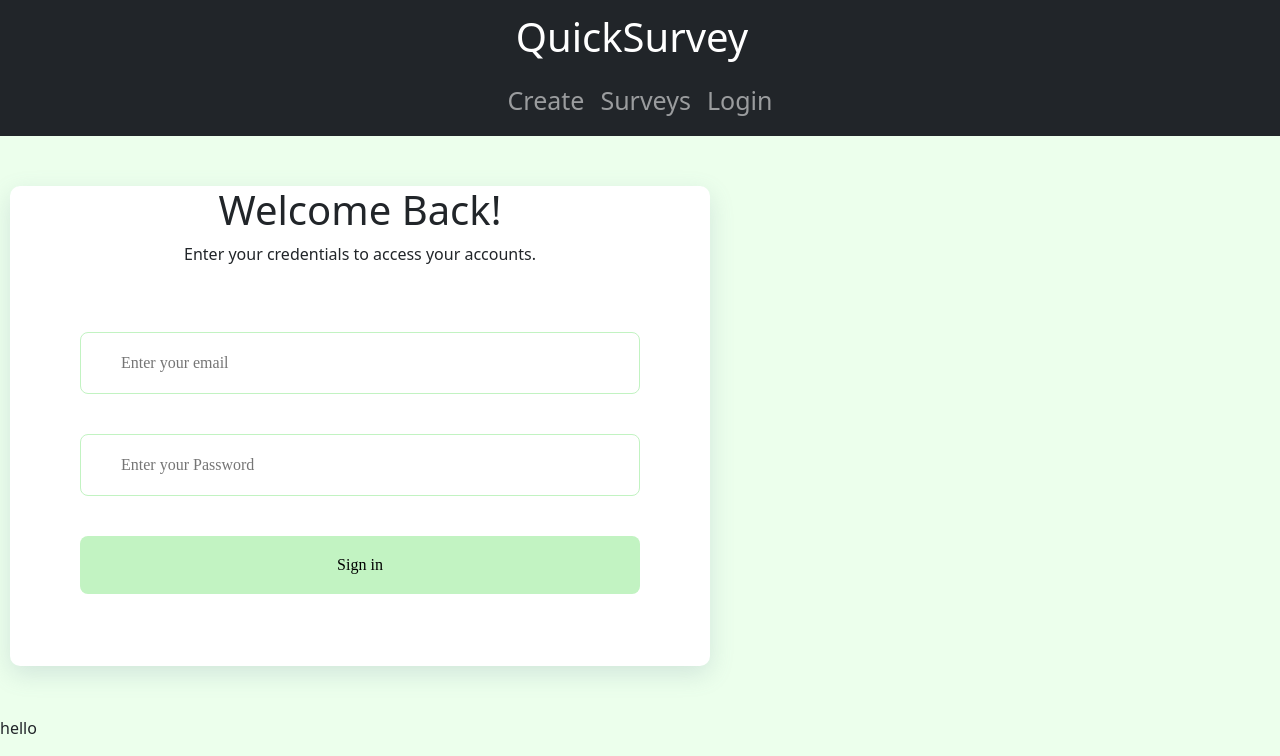
Repository: cakuang1/QuickSurveyReact
Page: /login
An editor plug-in stored every save of this project. The page is shown before and after the next save, followed by the edit.
The browser window is 1280 px wide. The pictures show the whole page.
The project was rebuilt for these pictures with package versions that can differ from the ones it lists, and the page was loaded fresh each time. Also part of the build but not shown: src/index.css, src/pages/home/home.js, src/pages/create/create.js, src/pages/pastsurveys/pastsurveys.js.

Above is the page before, as saved 2022-07-24 18:19:05.

### src/App.js

import Navigation from './components/Nav/Nav';
import {BrowserRouter,Route,Routes} from "react-router-dom";
import Home from "./pages/home/home"
import Create from "./pages/create/create"
import CreatedSurveys from "./pages/pastsurveys/pastsurveys"
import LogRegi from "./pages/login/login"




function App() {
  return (
  <BrowserRouter>
    <Navigation/>
    <Routes>
      <Route path='/' element = {<Home/>}></Route>
      <Route path = 'create' element = {<Create/>}></Route>
      <Route path = 'created' element = {<CreatedSurveys/>}></Route>
      <Route path = 'login' element = {<LogRegi/>}></Route>
    </Routes>

  </BrowserRouter>

  );
}

export default App;

### src/components/Nav/Nav.js
import React,{useState} from "react";
import Nav from 'react-bootstrap/Nav';
import Navbar from 'react-bootstrap/Navbar';

import Container from 'react-bootstrap/Container';
import 'bootstrap/dist/css/bootstrap.min.css';
import {Link} from 'react-router-dom'
import "./nav.css"



export default function Navigation() {
  return (
    <Navbar collapseOnSelect expand="lg" bg="dark" variant="dark">
      <Container>
        <Navbar.Brand as={Link} to="/home">
          <h1>QuickSurvey</h1>
        </Navbar.Brand>
        <Navbar.Toggle aria-controls="responsive-navbar-nav" />
        <Navbar.Collapse id="responsive-navbar-nav">
          <Nav className="me-auto">
            <Nav.Link as={Link} to="/create">Create</Nav.Link>
            <Nav.Link as={Link} to="/created">Surveys</Nav.Link>

          </Nav>
          <Nav>
            <Nav.Link as={Link} to="/login">Login</Nav.Link>
          </Nav>
        </Navbar.Collapse>
      </Container>
    </Navbar>
  );
}

### src/pages/login/login.js
import { SwipeableDrawer } from '@mui/material';
import React,{useState} from 'react'
import {MdEmail} from 'react-icons/md'
import {RiLockPasswordFill} from 'react-icons/ri'

import "./login.css"
function Register() {







}

function Login() {
    const [type,setType] = useState("Login");
    const [inputs, setInputs] = useState({});
    function handleChange(event) {
        const name = event.target.name;
        const value = event.target.value;
        setInputs(values => ({...values, [name]: value}))
    }
    return (
        <div className='test'>
            <div className='box'>
                <h1 className = "loginheader">
                    Welcome Back!
                </h1>
                <p>
                    Enter your credentials to access your accounts.
                </p>
                <form className='loginform'>
                    <input id = "email" name = "email" placeholder='Enter your email' onChange={handleChange} value = {inputs.email || ""}/>
                    <input id = "password" name = "password" placeholder='Enter your Password' onChange={handleChange} value = {inputs.password || ""}/>
                    <button type = "submit"> Sign in</button>
                </form>
            </div>
            <p>hello</p>
        </div>
    )

}


export default function LogRegi() {
    return (

        <Login/>

    )
}

### src/components/Nav/nav.css
.nav-link {
    font-size: 25px;

}

### src/pages/login/login.css
.box {
width: 40vw;
min-width: 700px;
min-height: 480px;
border-radius: 10px;
background-color: #fff;
box-shadow: #6a839c33 0 8px 24px;
margin: 50px 10px;
display: flex;
flex-direction: column;
align-items: center;
}

body {

    background-color: #ecffec;
}

.container {
    display: flex;
    justify-content: center;
    flex-direction: column;


}

.loginform {
    display: flex;
    flex-direction: column;
    width: 80%;
    margin-top: 50px;
}

.loginform input {
    margin-bottom: 40px;
    padding: 18px 18px 18px 40px;
    font-family: GilroyRegular;
    border: 1px solid #c2f3c2;
    border-radius: 8px;
    color: var(--blue);
}

.loginform button {
    outline: none;
    border: none;
    padding: 17px;
    border-radius: 8px;
    font-family: GilroyRegular;

    background-color: #c2f3c2;
    transition: .2s;
    font-size: 100%;


}

Loaded but not shown: public/index.html (common file); src/index.js (common file)

After the next save:
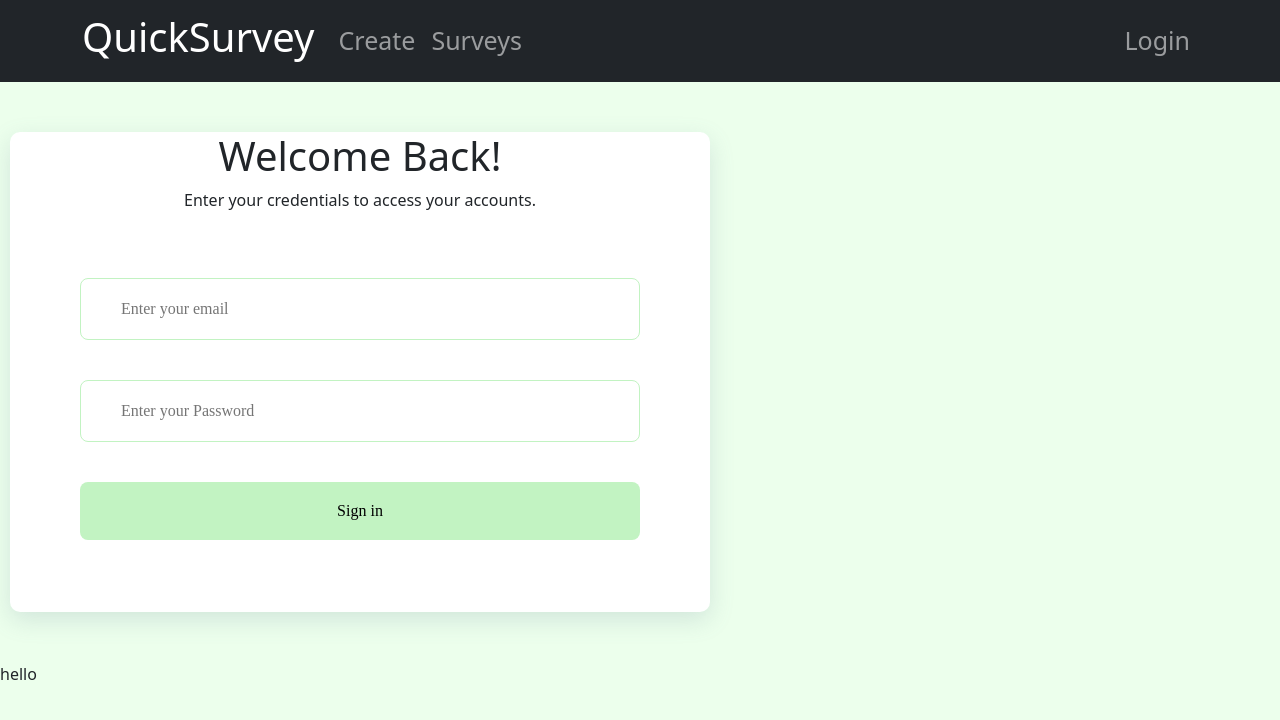
Saved 8 s later.
--- a/src/pages/login/login.css
+++ b/src/pages/login/login.css
@@ -16,7 +16,7 @@ body {
     background-color: #ecffec;
 }
 
-.container {
+.test {
     display: flex;
     justify-content: center;
     flex-direction: column;
